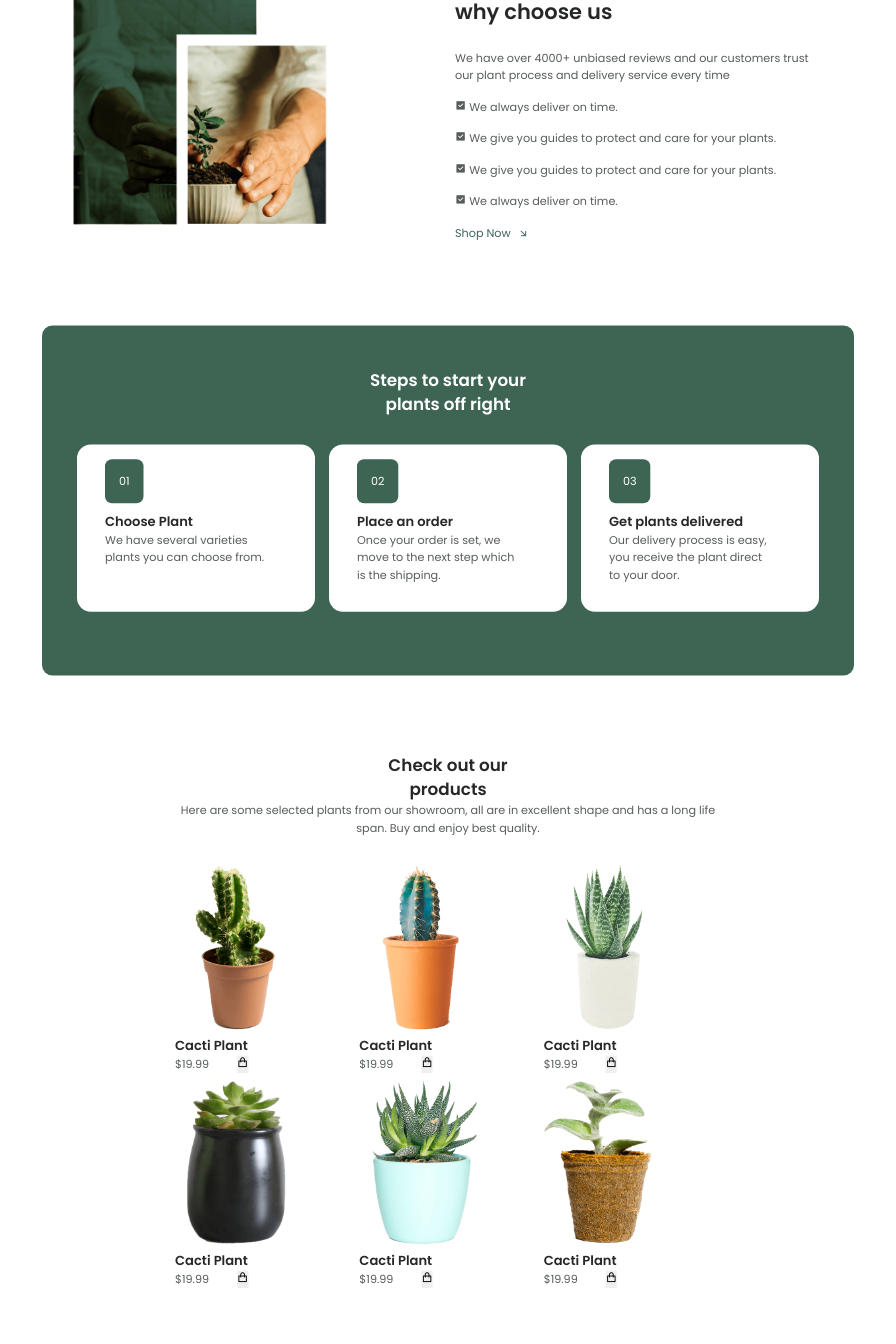
Repository: OmniaRafat232111121/plantwebsite
Page: index.html
These files come from the project's save history. The page is drawn as it stood at one moment and after a run of saves; the edit follows.
The browser window is 1280 px wide. The pictures show the part of the page from y = 650 to 2570 px (the page is 2570 px tall), at 70% of full size.

Above is the page before, as saved 2023-01-05 06:14:02.

### index.html
<!DOCTYPE html>
<html lang="en">
<head>
    <meta charset="UTF-8">
    <meta http-equiv="X-UA-Compatible" content="IE=edge">
    <meta name="viewport" content="width=device-width, initial-scale=1.0">
    <title>plant-website</title>
      <!--icon web-->
    <link rel="shortcut icon" href="assets/img/favicon.png" type="image/x-icon">
    <!--css style-->
    <link rel="stylesheet" href="./assets/css/styles.css">
    <!--remix icon-->
    <link href="https://cdn.jsdelivr.net/npm/remixicon@2.5.0/fonts/remixicon.css" rel="stylesheet">
</head>
<body>
<!--header-->
<header class="header" id="header">
<div class="container-header">
    <a class="nav_logo">
   <i class="ri-leaf-line nav_logo-icon "></i>Plantex
</a>

<nav class="nav_menu" id="nav_menu">
    <ul class="nav_list" id="nav_list">
        <li class="nav_item" id="nav_item">
                            <a href="#home" class="nav_link active-link">Home</a>
                        </li>
                        <li class="nav__item">
                            <a href="#about" class="nav_link">About</a>
                        </li>
                        <li class="nav__item">
                            <a href="#products" class="nav_link">Products</a>
                        </li>
                        <li class="nav__item">
                            <a href="#faqs" class="nav_link">FAQs</a>
                        </li>
                        <li class="nav__item">
                            <a href="#contact" class="nav_link">Contact Us</a>
                        </li>
                        <li class="mood">
       <i class= "ri-moon-line change-theme" id="theme-button"></i>

    </li>



    </ul>

    <div class="nav-close" id="nav_close">
        <i class="ri-close-line"></i>

    </div>
    <div  class="nav-btns">
   <i class= "ri-moon-line change-theme" id="theme-button"></i>
    <div class="nav-toggle" id="navToggle">
      <i class="ri-menu-line"></i>
    </div>
   </div>
    </div>
</nav>
</div>

</header>


    <!--home start-->
    <section class="home" id="home">
        <div class="home-container">
            <div class="left-content">
                <h1 class="home-title">plants will make <br>
                    your life better</h1>
                <p class="home-des">Create incredible plant design for your offices or apastaments. Add fresness to your new ideas.</p>
              <a>Explore<i class="ri-arrow-right-down-line button__icon"></i></a>
            </div>
            <div class="right-content">
            <img src="./assets/img/home.png" alt=""/>
            <div class=social_icons>
                 <span class="home__social-follow">Follow Us</span>

                        <div class="home__social-links">
                            <a href="https://www.facebook.com/" target="_blank" class="home__social-link">
                                <i class="ri-facebook-fill"></i>
                            </a>
                            <a href="https://www.instagram.com/" target="_blank" class="home__social-link">
                                <i class="ri-instagram-line"></i>
                            </a>
                            <a href="https://twitter.com/" target="_blank" class="home__social-link">
                                <i class="ri-twitter-fill"></i>
                            </a>
                        </div>

            </div>

        </div>

    </section>
 <!--home end-->
 <!--about start-->
 <section class="about" id="about">
    <div class="about-container">
        <div class="left-about">
          <img src="./assets/img/about.png" alt="image-about"/>
        </div>
        <div class="right-about">
            <h2 class="about-title">Who we really are &<br>why choose us</h2>
            <p class="about-desc">We have over 4000+ unbiased reviews and our customers trust our plant process and delivery service every time</p>
             <div class="about-deatails">
                <p class="about-description">
                      <i class="ri-checkbox-fill about__details-icon"></i>
                       We always deliver on time.
                </p>
                 <p class="about-description">
                      <i class="ri-checkbox-fill about__details-icon"></i>
                      We give you guides to protect and care for your plants.
                </p>

                 <p class="about-description">
                      <i class="ri-checkbox-fill about__details-icon"></i>
                      We give you guides to protect and care for your plants.
                </p>

                 <p class="about-description">
                      <i class="ri-checkbox-fill about__details-icon"></i>
                       We always deliver on time.
                </p>


             </div>
              <a href="#" class="button-link">
                            Shop Now <i class="ri-arrow-right-down-line button__icon"></i>
                        </a>
        </div>

    </div>

 </section>

 <!--about end-->
 <!--steps start-->
 <section class="steps">
    <div class="steps-container">
        <h2>Steps to start your<br>
            plants off right</h2>
            <div class="about-boxes">
                <div class="box">
                <span>01</span>
                <h3>Choose Plant</h3>
                <p>
                    We have several varieties
                    <br>plants you can choose from.
                </p>
                </div>
                  <div class="box">
                <span>02</span>
                <h3>Place an order</h3>
                <p>
                   Once your order is set, we<br>
                    move to the next step which<br>
                     is the shipping.
                </p>
                </div>

                 <div class="box">
                <span>03</span>
                <h3>Get plants delivered</h3>
                <p>
                   Our delivery process is easy,
                   <br> you receive the plant direct
                   <br>to your door.


                </p>
                </div>
            </div>

    </div>

 </section>
  <!--steps start-->
  <section class="products" id="products">
    <div class="product-container">
        <div class="products-content">
        <h2>Check out our
            <br>products</h2>
            <p>Here are some selected plants from our showroom, all are in excellent shape and has a long life span. Buy and enjoy best quality.</p>
        </div>
        <div class="products-boxes">
            <div class="box">
                <img src="./assets/img/product1.png" alt=""/>
                <h3>Cacti Plant</h3>
                <div>
                    <span>$19.99</span>
                     <button class="product_Button">
                            <i class="ri-shopping-bag-line"></i>
                        </button>
                </div>

            </div>
             <div class="box">
                <img src="./assets/img/product2.png" alt=""/>
                <h3>Cacti Plant</h3>
                <div>
                    <span>$19.99</span>
                     <button class="product_Button">
                            <i class="ri-shopping-bag-line"></i>
                        </button>
                </div>

            </div>
             <div class="box">
                <img src="./assets/img/product3.png" alt=""/>
                <h3>Cacti Plant</h3>
                <div>
                    <span>$19.99</span>
                     <button class="product_Button">
                            <i class="ri-shopping-bag-line"></i>
                        </button>
                </div>

            </div>
             <div class="box">
                <img src="./assets/img/product4.png" alt=""/>
                <h3>Cacti Plant</h3>
                <div>
                    <span>$19.99</span>
                     <button class="product_Button">
                            <i class="ri-shopping-bag-line"></i>
                        </button>
                </div>

            </div>
             <div class="box">
                <img src="./assets/img/product5.png" alt=""/>
                <h3>Cacti Plant</h3>
                <div>
                    <span>$19.99</span>
                     <button class="product_Button">
                            <i class="ri-shopping-bag-line"></i>
                        </button>
                </div>

            </div>
             <div class="box">
                <img src="./assets/img/product6.png" alt=""/>
                <h3>Cacti Plant</h3>
                <div>
                    <span>$19.99</span>
                     <button class="product_Button">
                            <i class="ri-shopping-bag-line"></i>
                        </button>
                </div>

            </div>

        </div>

    </div>

  </section>
   <script src="./assets/js/main.js"></script>
</body>
</html>

### assets/css/styles.css
/*=============== GOOGLE FONTS ===============*/
@import url('https://fonts.googleapis.com/css2?family=Poppins:wght@400;500;600;700&display=swap');

/*=============== VARIABLES CSS ===============*/
:root {
  --header-height: 3.5rem; /*56px*/

  /*========== Colors ==========*/
  /*Color mode HSL(hue, saturation, lightness)*/
  --black:#000;
  --green:#3e655e;
  --bold-green:#032922;
  --hue: 152;
  --first-color: hsl(var(--hue), 24%, 32%);
  --first-color-alt: hsl(var(--hue), 24%, 28%);
  --first-color-light: hsl(var(--hue), 24%, 66%);
  --first-color-lighten: hsl(var(--hue), 24%, 92%);
  --title-color: hsl(var(--hue), 4%, 15%);
  --text-color: hsl(var(--hue), 4%, 35%);
  --text-color-light: hsl(var(--hue), 4%, 55%);
  --body-color: hsl(var(--hue), 0%, 100%);
  --container-color: #FFF;

  /*========== Font and typography ==========*/
  /*.5rem = 8px | 1rem = 16px ...*/
  --body-font: 'Poppins', sans-serif;
  --big-font-size: 2rem;
  --h1-font-size: 1.5rem;
  --h2-font-size: 1.25rem;
  --h3-font-size: 1rem;
  --normal-font-size: .938rem;
  --small-font-size: .813rem;
  --smaller-font-size: .75rem;

  /*========== Font weight ==========*/
  --font-medium: 500;
  --font-semi-bold: 600;

  /*========== Margenes Bottom ==========*/
  /*.5rem = 8px | 1rem = 16px ...*/
  --mb-0-5: .5rem;
  --mb-0-75: .75rem;
  --mb-1: 1rem;
  --mb-1-5: 1.5rem;
  --mb-2: 2rem;
  --mb-2-5: 2.5rem;

  /*========== z index ==========*/
  --z-tooltip: 10;
  --z-fixed: 100;
}

/* Responsive typography */
@media screen and (min-width: 968px) {
  :root {
    --big-font-size: 3.5rem;
    --h1-font-size: 2.25rem;
    --h2-font-size: 1.5rem;
    --h3-font-size: 1.25rem;
    --normal-font-size: 1rem;
    --small-font-size: .875rem;
    --smaller-font-size: .813rem;
  }
}

/*=============== BASE ===============*/
*{
  box-sizing: border-box;
  padding: 0;
  margin: 0;
}

html{
  scroll-behavior: smooth;
}

body,
button,
input,
textarea{
  font-family: var(--body-font);
  font-size: var(--normal-font-size);
}

body{
  margin: var(--header-height) 0 0 0;
  background-color: var(--body-color);
  color: var(--text-color);
  transition: .4s; /*For animation dark mode*/
}

button{
  cursor: pointer;
  border: none;
  outline: none;
}

h1,h2,h3{
  color: var(--title-color);
  font-weight: var(--font-semi-bold);
}

ul{
  list-style: none;
}

a{
  text-decoration: none;
}

img{
  max-width: 100%;
  height: auto;
}
/*========== resuable component ==========*/



/*========Header========*/
 header{
  background-color: #fff;
  position: fixed;
  top:0;
  left:0;
  width:100%;
  z-index:1000;
  transition: 0.3s;
}
.container-header{
  display:flex;
  align-items: center;
  justify-content: space-between;
  height:var(--header-height);
  padding:40px;
}
.nav_menu{

}
.nav_logo{
  text-transform: uppercase;
  display:inline-flex;
  align-items: center;
  column-gap: 10px;
  font-weight: bold;
  margin-left: 50px;
  cursor: pointer;
}
.nav_logo:hover{
  color:var(--green);
}
.nav_logo-icon{
   color:var(--green);
}
.nav_logo i:hover{
  color:var(--black);
}
nav ul li {
  display: inline-block;
  cursor: pointer;
  margin-left: 40px;
}
nav ul li a{
  color:var(--black);


}
.nav-btns{
  display: none;
}
.mood{
  margin-left: 40px;
  font-size: 20px;

}

.nav-close
{

  font-size: 1.5rem;
  position: relative;
  top: 70px;
  right: 1.25rem;
  cursor: pointer;
  display: none;


}

.nav-btns{
  font-size: 20px;
  cursor: pointer;
}
.active-link{
  position: relative;
  color: var(--black);
}
.active-link::after{
  content: '';
  position: absolute;
  bottom: -8px;
  left: 0;
  width: 50%;
  height: 2px;
  background-color: var(--green);
}
.nav_link:hover{
 color: var(--green);
 transition: 0.3s;
}
@media screen and (max-width: 767px){
.nav_list{
display: none;
}
.nav_logo{
  margin-left: -10px;
}

.nav-btns{
  display:inline-flex;
  align-items: center;
  column-gap: 20px;
  font-weight: bold;
  margin-right: -10px;
  cursor: pointer;
}

  .show-menu{

     position: fixed;
    background-color:#fff;
    width: 100%;
    height: 50%;
    top: 80px;
    right: 0px;
    transition: .3s;
    z-index: 1000;
    display:grid;
    justify-content: center;
    text-align: center;

 padding: 10px;




  }
  .show-menu {

  }
  .show-menu .mood .ri-moon-line{
    display: none;
  }




}

/*=====home======*/
.home{
  padding: 0 80px;
  position:relative;

}
.home-container{
display:grid;
grid-template-columns: repeat(auto-fit, minmax(250px, 1fr));
grid-gap:30px;
margin-top: 70px;

}
.home-container .left-content{
  margin-top: 70px;
}
.home-container .left-content .home-title{
  font-size: 30px;
}
.home-container .left-content .home-des{
  color:rgb(145, 145, 145);
  margin-top: 20px;
  margin-bottom: 30px;
}
.home-container .left-content a{
  background-color: var(--bold-green);
  color:#fff;
  padding:20px 30px;
  border-radius: 15px;

}
.home-container .left-content  i{
  margin-left: 10px;
}
.right-content img{
  max-width: 100%;
  width:85%;
  justify-self: center;
}

.social_icons{
  position: absolute;
  top: 220px;
  right: 50px;
  display: grid;
  justify-items: center;
  row-gap: 3.5rem;

}
.home__social-links {
  margin-top: 30px;

}
.home__social-links a{
 color:var(--green);
}
.home__social-links a:hover{
color:var(--black);
}
.home__social-follow{
  position:relative;
  transform: rotate(90deg);
}
.home__social-follow::before{
content: '';
  position: absolute;
  width: 30px;
  height: 2px;
  background-color: var(--green);
  right: -45%;
  top: 50%;
}
.home__social-follow::after{
content: '';
  position: absolute;
  width: 30px;
  height: 2px;
  background-color: var(--green);
  left: -45%;
  bottom: 50%;
}
.home__social-links{
    transform: rotate(90deg);
}
.left-content a:hover{
  background-color:#032922;
  color: #fff;
  cursor: pointer;

}
/*======about=======*/
.about{
  position: relative;
  padding:60px 100px;
}
.about-container{
  display:grid;
grid-template-columns: repeat(auto-fit, minmax(300px, 1fr));
grid-gap:20px;

}
.about-container .left-about img{
  max-width: 100%;
  width:70%;
}
.about-container .right-about .about-title{
  font-size: 30px;
  margin-bottom: 30px;

}
.about-container .right-about .about-desc{
  margin-bottom:20px;

}
.about-container .right-about .about-deatails .about-description{
  padding-bottom: 20px;
}
.about-container .button-link{
  color:var(--green);

}
.about-container .button-link{
  display:inline-flex;
  align-items: center;
  column-gap: 10px;

 color:var(--green);
  cursor: pointer;
}
.about-container .button-link:hover i{

color: var(--bold-green);

}
@media(max-width:767px){
  .right-about.about-title h2{
    font-size: 10px;

  }
  .right-about{
    font-size: 16px;

  }
  .about-container{
    margin-top: 30px;
  }
}
/*=======change-header========*/
.change-header{
  background-color: #3e655e;
  color:#fff;
}
.change-header .nav_logo i{
  color:#fff;
}
.change-header .nav_logo:hover{
  color:var(--bold-green);
}
.change-header .nav_link:hover{
  color:#fff;
}
/*======steps=======*/

.steps{
  position:relative;
  padding:60px;

}
.steps-container{
  width:100%;
 padding:20px 50px;
  background-color: #3e6553;
  border-radius: 15px;
  height:500px;
}
.steps-container h2{
  text-align: center;
  padding-top: 40px;
  color:#fff;
}
.about-boxes{
  display:grid;
grid-template-columns: repeat(auto-fit, minmax(300px, 1fr));
grid-gap:20px;
margin-top: 40px;

}
.about-boxes .box{
background-color: #fff;
   padding: 40px 40px;
   border-radius: 20px;

}
.about-boxes .box span{
  background-color: #3e6553 ;
  padding:20px;
  color:#fff;
  margin-bottom: 40px;
  border-radius: 10px;
  cursor: pointer;
  transition: 0.3s;


}

.box span:hover{

  color:#fff;
  background-color: #032922;


}
.about-boxes .box h3{
  margin-top: 30px;
}
/* .about-boxes .box:last-child{
  margin-right: 10px;
} */
@media(max-width:767px){

.steps-container{
  width:100%;
 padding:20px 50px;
  background-color: #3e6553;
  border-radius: 15px;
  height:1100px;
}
.about-boxes{
  display:grid;
grid-template-columns: repeat(auto-fit, minmax(200px, 1fr));
grid-gap:20px;
margin-top: 40px;

}
.about-boxes .box{

   padding: 30px;


}
}
/*======products======*/
.products{
  padding:50px 250px;
  position:relative;
  display: grid;
  justify-content: center;
}
.products .products-content h2{
  text-align: center;
}
.products .products-content p{
  text-align: center;
  width:100%;

}
.products-boxes{
   display:grid;
grid-template-columns: repeat(auto-fit, minmax(200px, 1fr));
grid-gap:10px;
margin-top: 40px;
margin-bottom: 30px;

}
 .products-boxes .box img{
  max-width: 100%;
   position: relative;
  width: 70%;
  justify-self: center;
  transition: .3s;
}
.box div{
  display:inline-flex;
  align-items: center;
  column-gap: 40px;
}

### assets/js/main.js
let navMenu = document.getElementById('nav_menu');
let navList = document.getElementById('nav_list');
let navItem = document.getElementById('nav ul li');
let closeButton = document.getElementById('nav_close');
let navToggle = document.getElementById('navToggle');
const header = document.getElementById('header');
navToggle.addEventListener('click', function () {
    navList.classList.toggle('show-menu');


})
/*change background header*/
window.addEventListener('scroll', function () {
   header.classList.toggle("change-header",window.scrollY > 40)
})

After the next 2 saves:
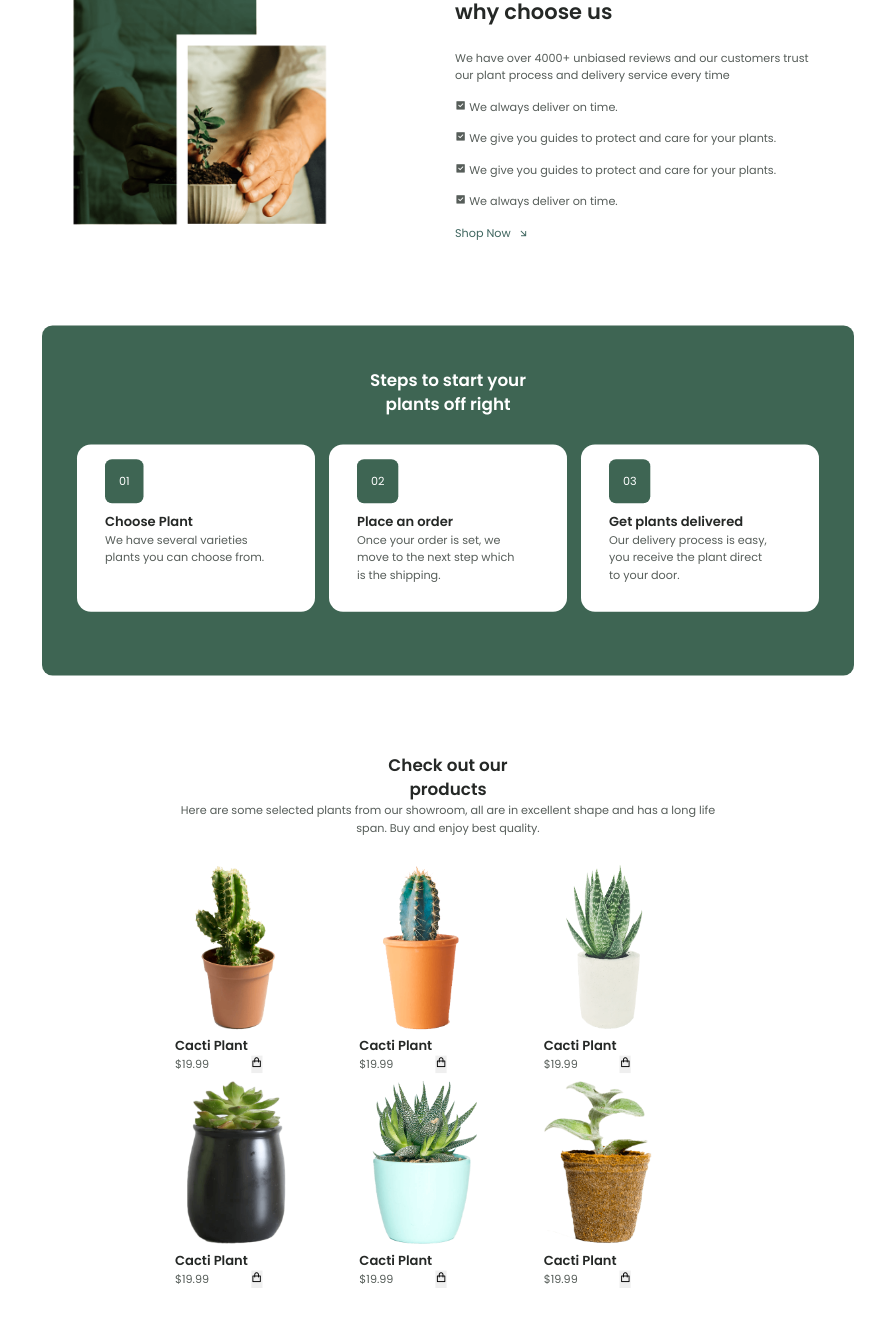
The 2 saves are shown as one change because they came seconds apart.
The last was saved 18 s later.
--- a/assets/css/styles.css
+++ b/assets/css/styles.css
@@ -530,5 +530,5 @@ margin-bottom: 30px;
 .box div{
   display:inline-flex;
   align-items: center;
-  column-gap: 40px;
-}
+  column-gap: 60px;
+}
